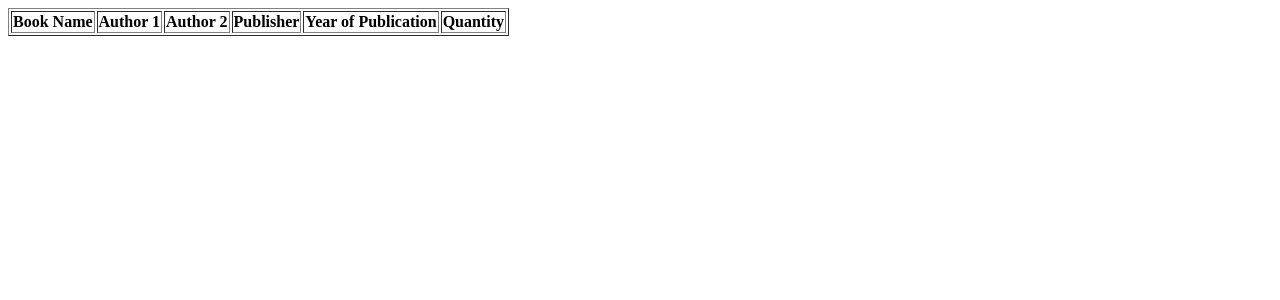
Repository: paragpatidar/LibraryManagementSystem
Page: http://localhost/LibraryManagementSystemSpring/DisplayBook.jsp
An editor plug-in stored every save of this project. The page is shown before and after the next save, followed by the edit.
The browser window is 1280 px wide. The pictures show the whole page.
The page is served by Tomcat 9. Nobody is signed in. The application's start-up code is not run. Other server files are loaded and not shown.

Above is the page before, as saved 2017-11-07 10:44:38.

### LibraryManagementSystemSpring/WebContent/DisplayBook.jsp
<%@ page language="java" contentType="text/html; charset=ISO-8859-1"
    pageEncoding="ISO-8859-1"%>
<%@ taglib uri="http://java.sun.com/jsp/jstl/core" prefix="c"%>
<!DOCTYPE html PUBLIC "-//W3C//DTD HTML 4.01 Transitional//EN" "http://www.w3.org/TR/html4/loose.dtd">
<html>
<head>
<meta http-equiv="Content-Type" content="text/html; charset=ISO-8859-1">
<title>Display Book</title>
</head>
<body>
<table border="1">
<tr><th>Book Name<th>Author 1<th>Author 2<th>Publisher<th>Year of Publication<th>Quantity
<c:forEach items="" var="book">
<tr>
<td>{book.bookName}
<td>{book.author1}
<td>{book.author2}
<td>{book.publisher}
<td>{book.yearOfPublication}
<td>{book.noOfBooks}
<td><a href="">Delete</a>
</c:forEach>
</table>
</body>
</html>

After the next save:
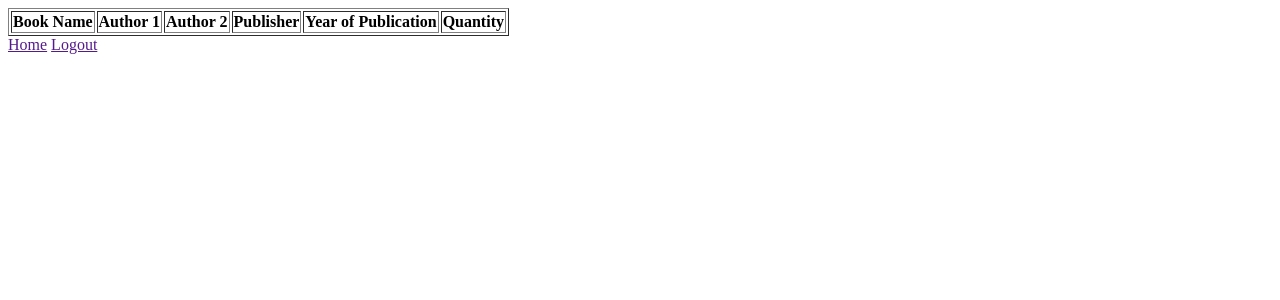
Saved 110 s later.
--- a/LibraryManagementSystemSpring/WebContent/DisplayBook.jsp
+++ b/LibraryManagementSystemSpring/WebContent/DisplayBook.jsp
@@ -21,5 +21,7 @@
 <td><a href="">Delete</a>
 </c:forEach>
 </table>
+<a href="">Home</a>
+<a href="">Logout</a>
 </body>
 </html>
